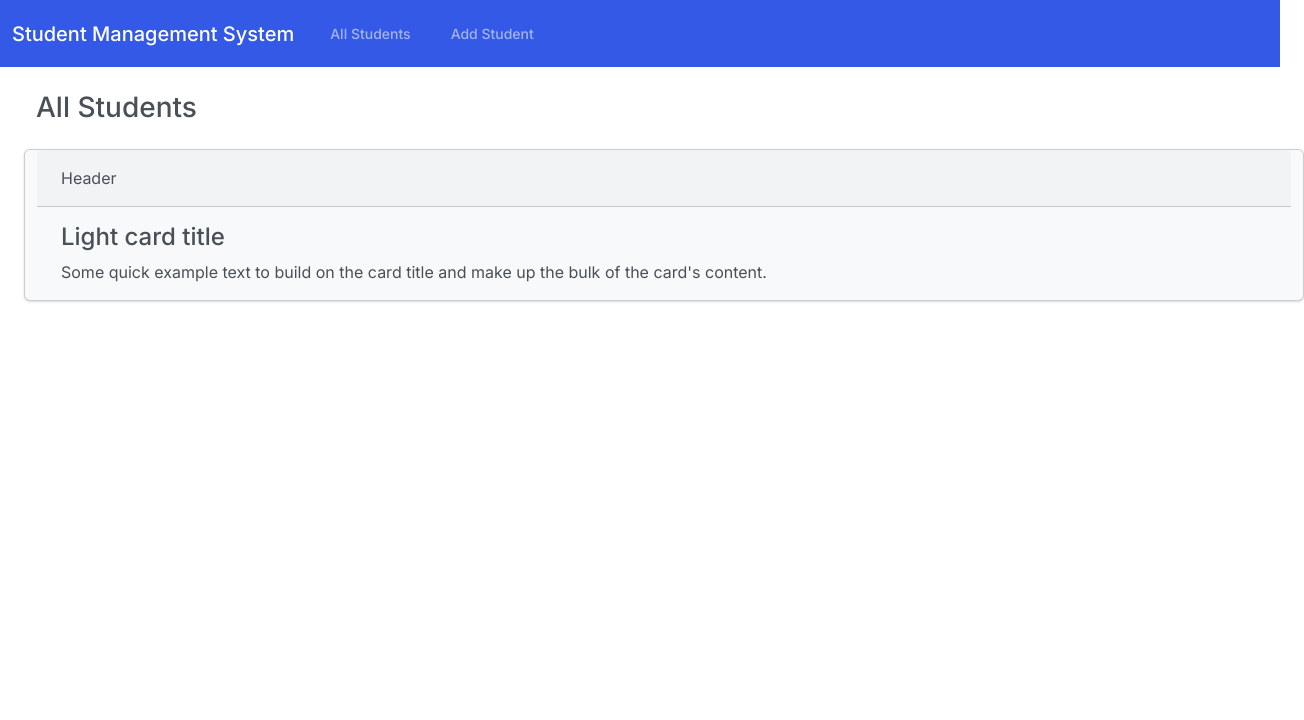
Repository: saraanbih/Student-Management-System
Page: http://localhost/
The author's editor kept a copy of each file at every save. The page is drawn from the files as they stood at one save, then again after a run of saves.
The browser window is 1280 px wide. The page is 1304 px wide, so the pictures cover 1304 px, including what lies to the right of the window. The pictures show the whole page.
The page is served by the project's application, run on Django 5.2 (manage.py).

Above is the page before, as saved 2025-09-11 15:35:38.

After the next 2 saves:
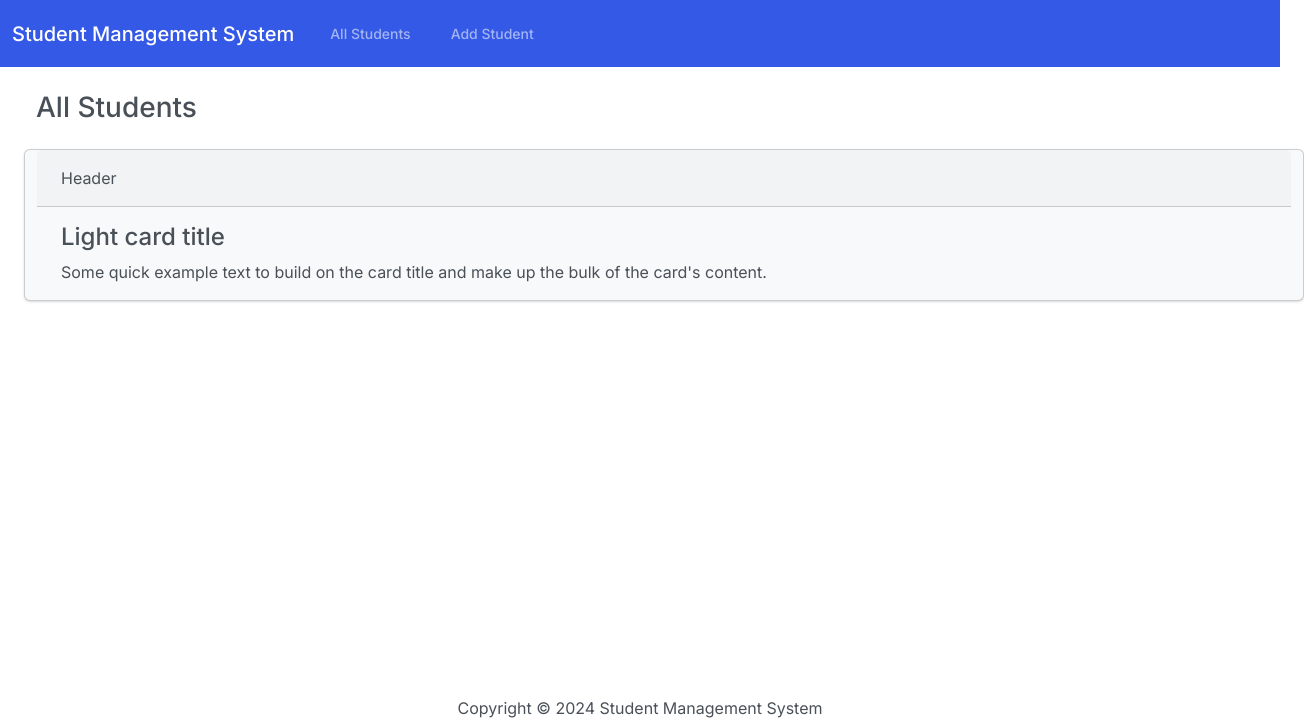
The 2 saves are shown as one change because they came seconds apart.
The last was saved 10 s later.
--- a/students/templates/students/index.html
+++ b/students/templates/students/index.html
@@ -53,7 +53,7 @@
     <footer class="mt-auto mp-4">
       <div class="text-center">
         <span>
-
+          Copyright &copy; 2024 Student Management System
         </span>
       </div>
 
